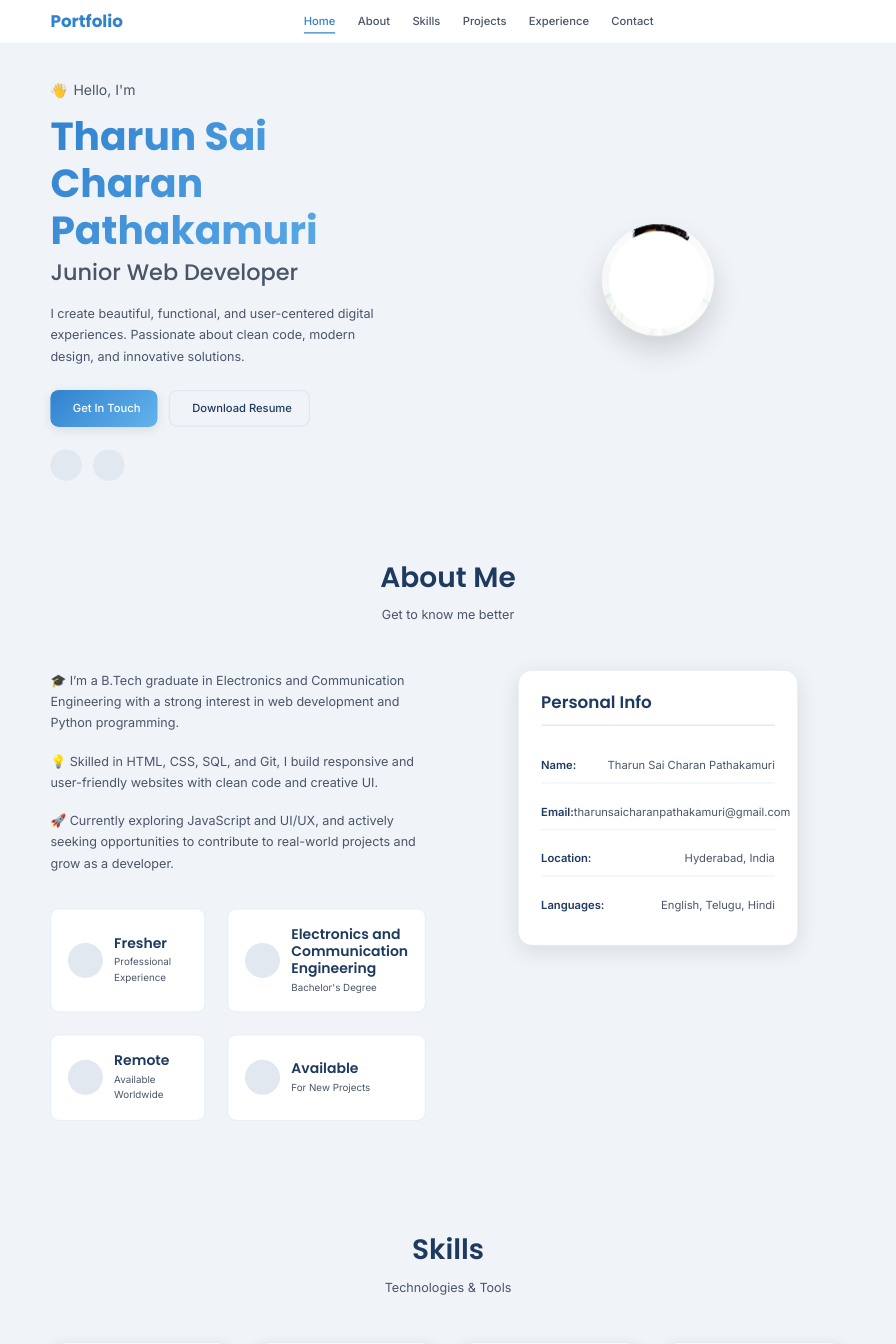
Repository: TharunPathakamuri/Portfolio
Page: index.html
The author's editor kept a copy of each file at every save. The page is drawn from the files as they stood at one save, then again after the next save.
The browser window is 1280 px wide. The pictures show the part of the page from y = 0 to 1920 px (the page is 4416 px tall), at 70% of full size.

Above is the page before, as saved 2025-07-04 23:46:48.

After the next save:
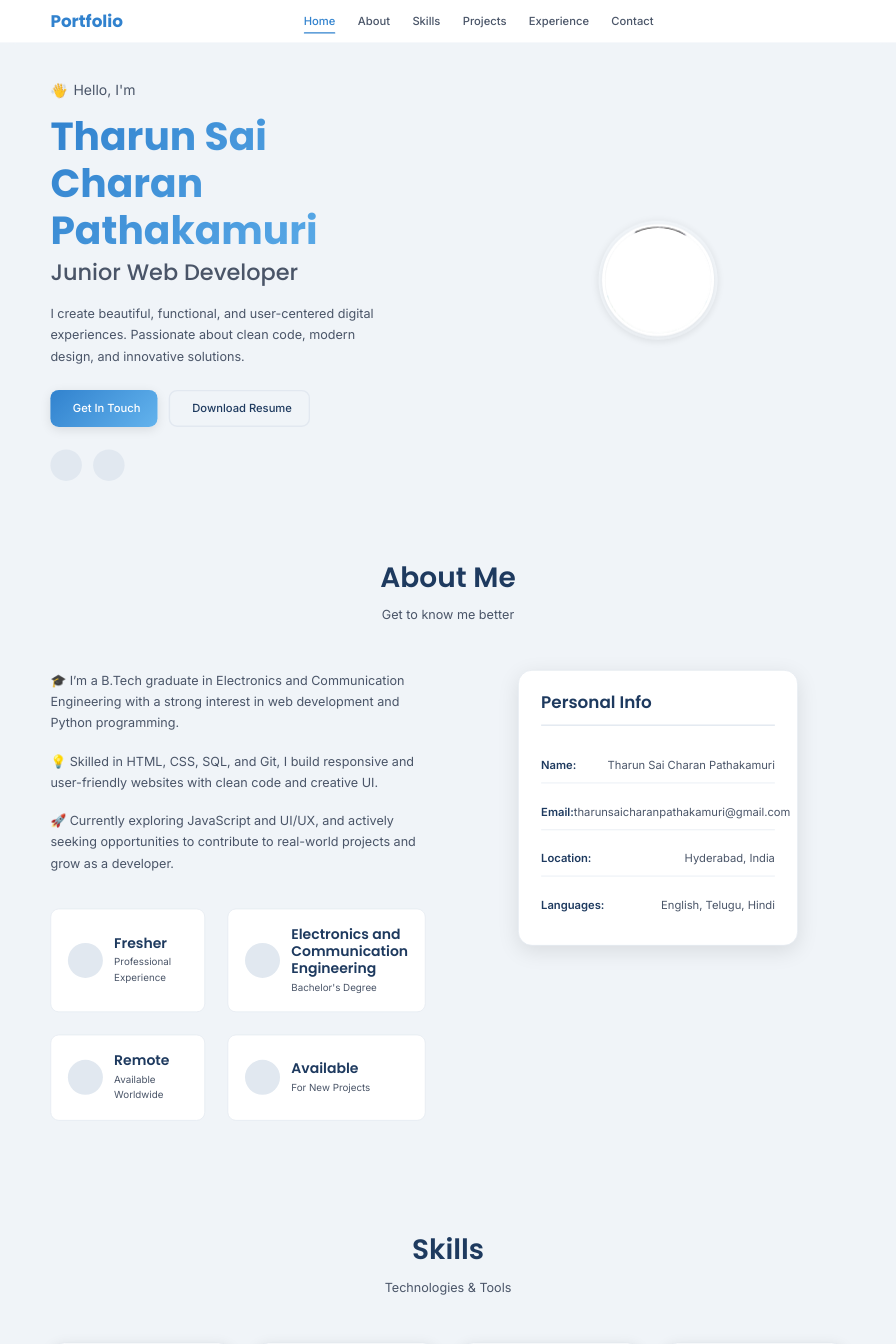
Saved 47 s later.
--- a/index.html
+++ b/index.html
@@ -127,8 +127,8 @@
 
           <div class="hero-visual">
             <div class="hero-image">
-              <div class="image-placeholder" style=" border-radius: 50%; width: 160px; height: 160px; background: #f3f3f3; display: flex; align-items: center; justify-content: center;">
-                <img src="Tharun_Pathakamuri.jpg" alt="Tharun Pathakamuri" style="width: 100%; height: 100%; object-fit: cover; border-radius: 50%;" />
+              <div class="image-placeholder" style="border-radius: 50%; width: 170px; height: 170px; background: transparent; display: flex; align-items: center; justify-content: center; box-shadow: 0 2px 12px rgba(0,0,0,0.10);">
+                <img src="Tharun_Pathakamuri.jpg" alt="Tharun Pathakamuri" style="width: 160px; height: 160px; object-fit: cover; border-radius: 50%; border: 4px solid #fff; box-shadow: 0 2px 8px rgba(0,0,0,0.08); background: #eaeaea;" />
               </div>
             </div>
           </div>
